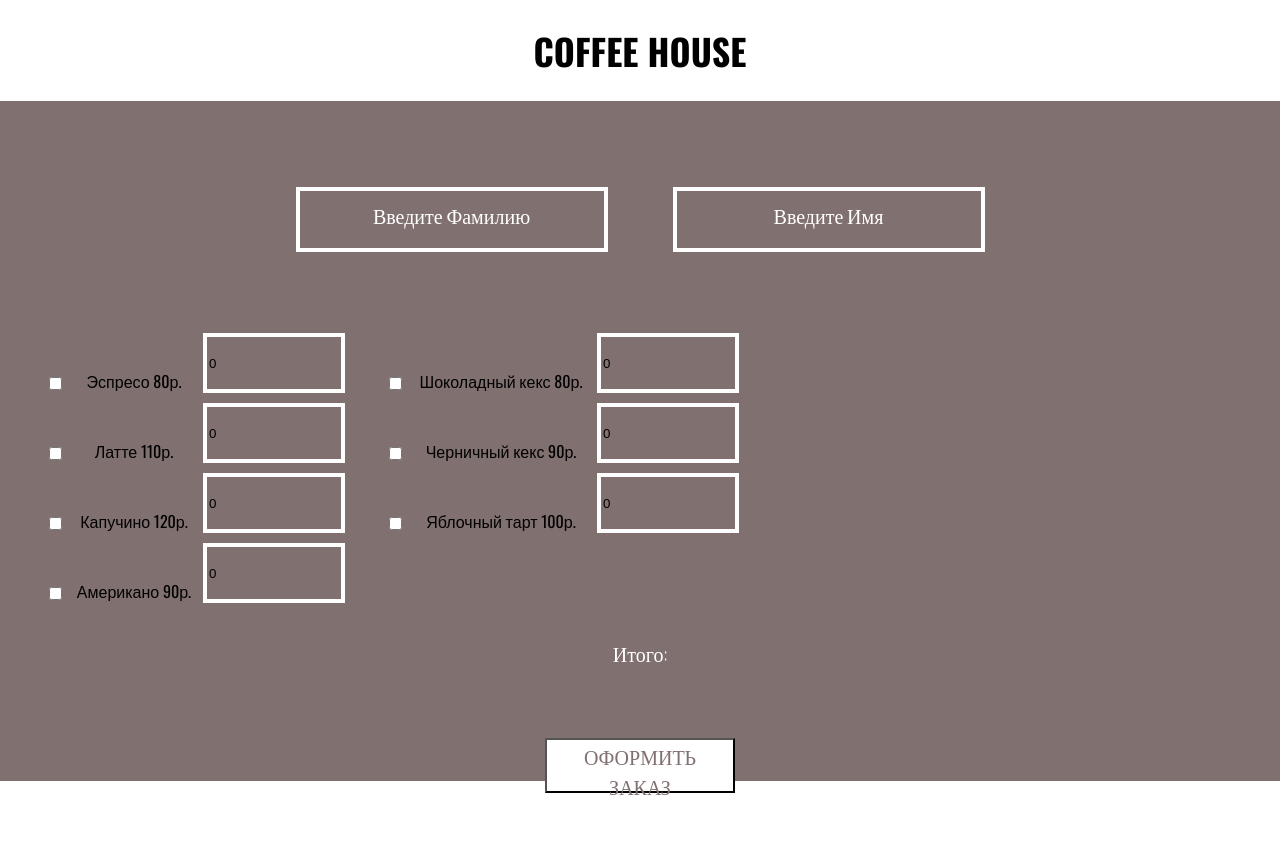
Repository: Valera1994/WebTestProject
Page: New2/index.html
An editor plug-in stored every save of this project. The page is shown before and after the next save, followed by the edit.
The browser window is 1280 px wide. The pictures show the whole page.

Above is the page before, as saved 2025-07-20 22:40:54.

### New2/index.html
<!DOCTYPE html>
<html lang="en">
<head>
    <meta charset="UTF-8">
    <meta name="viewport" content="width=device-width, initial-scale=1.0">
    <title>COFFEE HOUSE</title>
    <link rel="stylesheet" href="style.css">
    <link rel="preconnect" href="https://fonts.googleapis.com">
    <link rel="preconnect" href="https://fonts.gstatic.com" crossorigin="">
    <link href="https://fonts.googleapis.com/css2?family=Oswald:wght@200..700&amp;display=swap" rel="stylesheet">
</head>
<body>
    <header class="header">
        <h1 class="logo">COFFEE HOUSE</h1>
    </header>
    <div class="order">
        <div class="form">
            <input class="surname form_text" type="text" placeholder="Введите Фамилию" required="">
            <input class="name form_text" type="text" placeholder="Введите Имя" required="">
        </div>
        <div class="conteiner">
            <div class="menu-columns">
            <div class="menu_column">
            <div class="form_checkbox check1">
                <input type="checkbox" id="coffee" name="espreso" value="choise1">
                <label for="espreso">Эспресо 80р.</label>
                <input class="price" type="number" min="0" value="0" placeholder="0">
            </div>
            <div class="form_checkbox check1">
                <input type="checkbox" id="coffee" name="latte" value="choise1">
                <label for="latte">Латте 110р.</label>
                <input class="price" type="number" min="0" value="0" placeholder="0">
            </div>
            <div class="form_checkbox check1">
                <input type="checkbox" id="coffee" name="capp" value="choise1">
                <label for="capp">Капучино 120р.</label>
                <input class="price" type="number" min="0" value="0" placeholder="0">
            </div>
            <div class="form_checkbox check1">
                <input type="checkbox" id="coffee" name="amer" value="choise1">
                <label for="amer">Американо 90р.</label>
                <input class="price" type="number" min="0" value="0" placeholder="0">
            </div>
            </div>
            <div class="menu_column">
            <div class="form_checkbox check2">
                <input type="checkbox" id="coffee" name="choco" value="choise1">
                <label for="choco">Шоколадный кекс 80р.</label>
                <input class="price" type="number" min="0" value="0" placeholder="0">
            </div>
            <div class="form_checkbox check2">
                <input type="checkbox" id="coffee" name="chern" value="choise1">
                <label for="chern">Черничный кекс 90р.</label>
                <input class="price" type="number" min="0" value="0" placeholder="0">
            </div>
            <div class="form_checkbox check2">
                <input type="checkbox" id="coffee" name="apple" value="choise1">
                <label for="apple">Яблочный тарт 100р.</label>
                <input class="price" type="number" min="0" value="0" placeholder="0">
            </div>
            </div>
            </div>
        </div>

        <p>Итого: <span class="result"></span></p>
        <div class="button_container">
            <button class="btn">ОФОРМИТЬ ЗАКАЗ</button>
        </div>
    </div>
</body>
</html>

### New2/style.css
body{
    margin: 0;
    padding: 0;
    font-family: 'Oswald', sans-serif;
}

.header {
    width: 100%;
    box-sizing: border-box;
    text-decoration: none;
    top: 0;
    left: 0;
}

.logo{
    color: black;
    font-size: 36px;
    white-space: nowrap;
    font-weight: medium;
    display: flex;
    justify-content: center;
}

.order{
    width: 100%;
    height: 680px;
    background: rgba(129, 112, 112, 1);
}

.form{
    padding: 86px 0;
    gap: 65px;
    display: flex;
    justify-content: center;
}

.form_text{
    background-color: #817070;
    display: flex;
    flex-direction: column;
    justify-content: center;
    width: 300px;
    height: 55px;
    border: 4px solid white;
}

.form_text::placeholder {
    font-family: 'Oswald';
    color: white;
    opacity: 1;
    display: flex;
    align-items:center;
    text-align: center;
    font-size: 20px;
    font-weight: lighter;
}

.container{
    display: flex;
    justify-content: center;
    gap: 17px;
    height: 271px;
    width: 100%;
}

.menu-columns {
    display: flex;
    justify-content: center;
    width: 784px;
    gap: 40px;
}

.menu-column {
    flex: 1;
}

.form_checkbox{
    display: flex;
    justify-content: space-between;
    align-items: flex-end;
    margin-bottom: 15px;
}

.check1{
    width: 300px;
    height: 55px;
}

.check2{
    width: 354px;
    height: 55px;
}

.price{
    background-color: #817070;
    display: flex;
    flex-direction: column;
    justify-content: center;
    width: 130px;
    height: 50px;
    border: 4px solid white;
}

p{
    font-family: 'Oswald';
    font-size: 20px;
    font-weight:lighter;
    color: white;
    display: flex;
    justify-content: center;
}

.button_container{
    display: flex;
    justify-content: center;
    padding: 50px;
}

.btn{
    width: 190px;
    height: 55px;
    font-family: 'Oswald';
    font-size: 20px;
    font-weight: 500;
    background-color: white;
    color: rgba(129, 112, 112, 1);
}

After the next save:
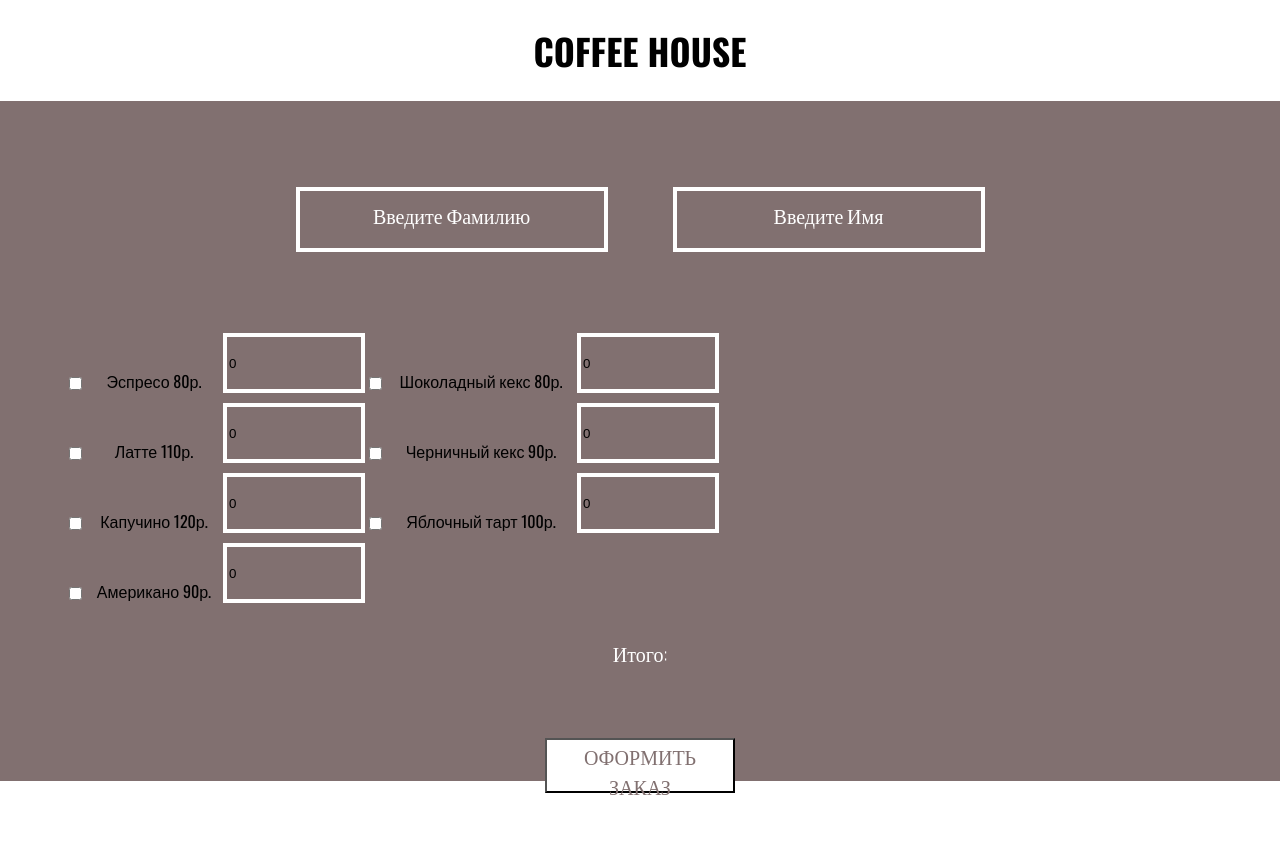
Saved 13 s later.
--- a/New2/style.css
+++ b/New2/style.css
@@ -67,7 +67,7 @@
     display: flex;
     justify-content: center;
     width: 784px;
-    gap: 40px;
+
 }
 
 .menu-column {

After the save that followed:
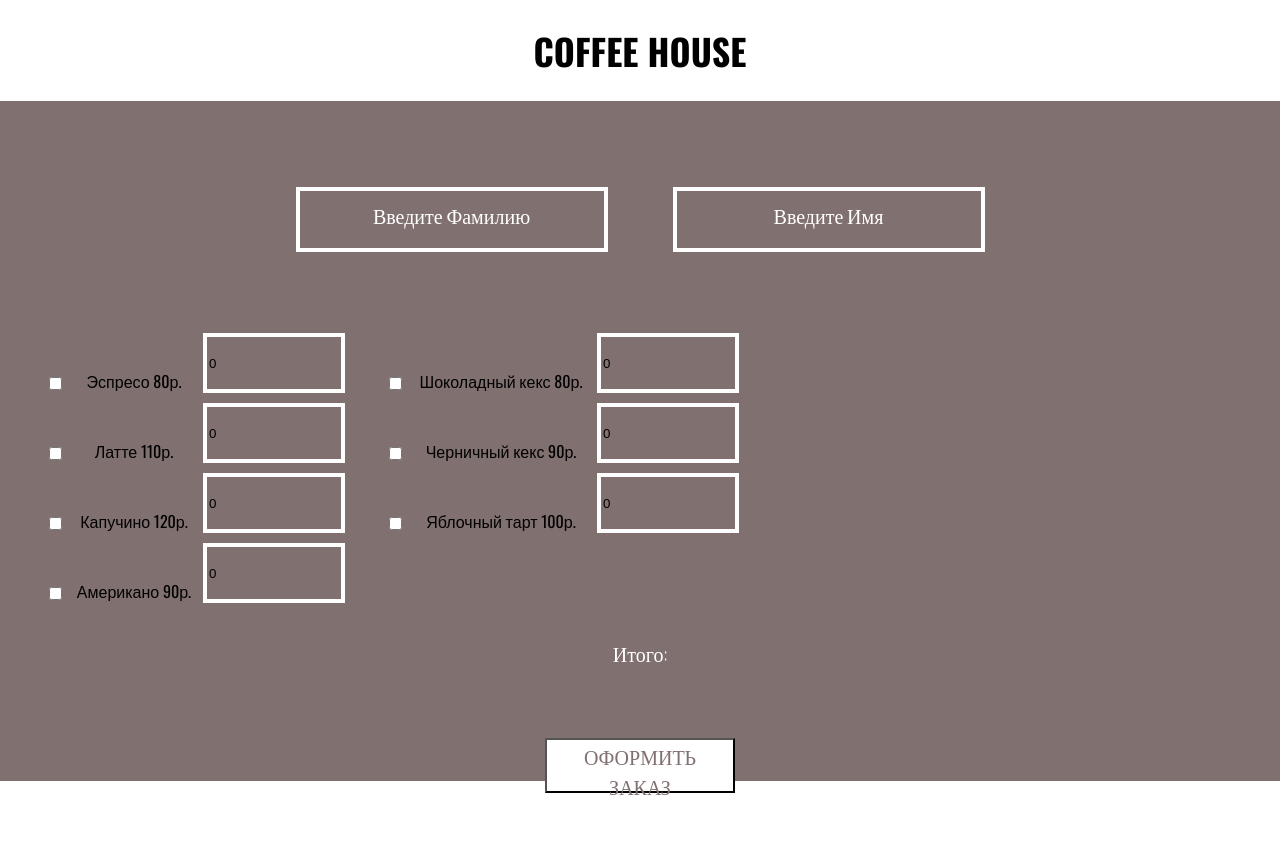
Saved 5 s later.
--- a/New2/style.css
+++ b/New2/style.css
@@ -67,7 +67,7 @@
     display: flex;
     justify-content: center;
     width: 784px;
-
+    gap: 40px;
 }
 
 .menu-column {
